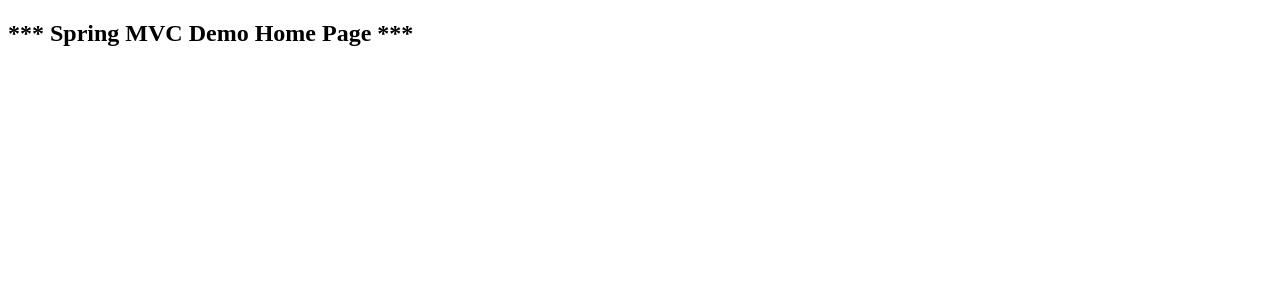
Repository: 51enra/udemy_sprint_course
Page: http://localhost/spring-mvc-demo/
The author's editor kept a copy of each file at every save. The page is drawn from the files as they stood at one save, then again after the next save.
The browser window is 1280 px wide. The pictures show the whole page.
The page is served by Tomcat 9. Other server files are loaded and not shown.

Above is the page before, as saved 2020-01-08 09:56:54.

### spring-mvc-demo/WebContent/WEB-INF/view/main-menu.jsp
<!DOCTYPE html>

<html>

<body>

<h2>*** Spring MVC Demo Home Page ***</h2>

</body>

</html>

After the next save:
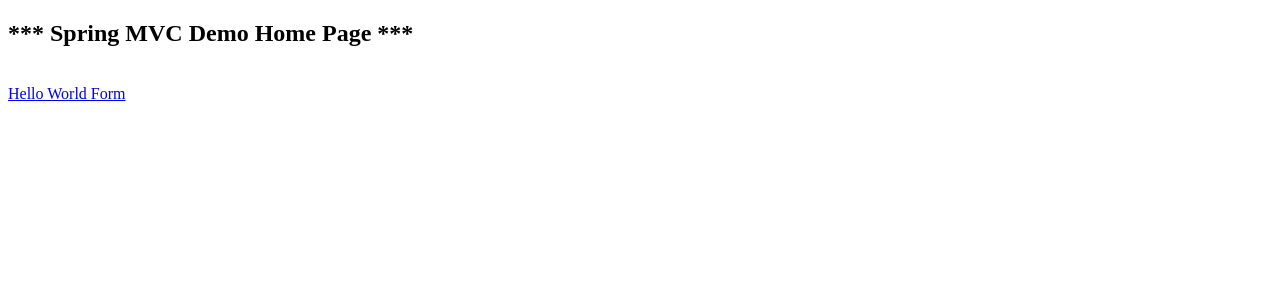
Saved 2 min 49 s later.
--- a/spring-mvc-demo/WebContent/WEB-INF/view/main-menu.jsp
+++ b/spring-mvc-demo/WebContent/WEB-INF/view/main-menu.jsp
@@ -4,8 +4,9 @@
 
 <body>
 
-<h2>*** Spring MVC Demo Home Page ***</h2>
-
+    <h2>*** Spring MVC Demo Home Page ***</h2>
+    <br>
+    <a href="showForm">Hello World Form</a>
 </body>
 
 </html>
